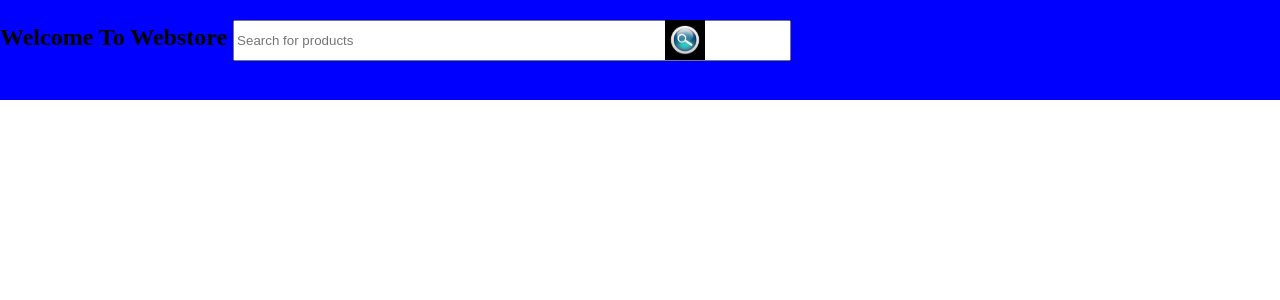
Repository: sourogithub/Final-yr-project-using-j2ee
Page: http://localhost/Webstore/JSP Pages/Front.jsp
The author's editor kept a copy of each file at every save. The page is drawn from the files as they stood at one save, then again after the next save.
The browser window is 1280 px wide. The pictures show the whole page.
The page is served by Tomcat 9.

Above is the page before, as saved 2017-04-11 10:04:45.

After the next save:
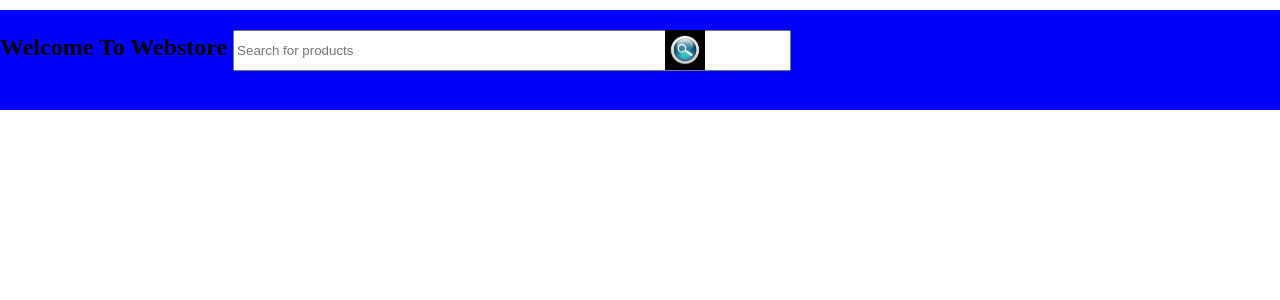
Saved 60 s later.
--- a/Webstore/WebContent/JSP Pages/Front.jsp
+++ b/Webstore/WebContent/JSP Pages/Front.jsp
@@ -12,7 +12,7 @@
 <li><a href="Login.jsp">Login</a>
 </ul>
 </div>
-<div id="top"  style="background:blue; height:100px;position:fixed;top:0px;width:1370px;">
+<div id="top"  style="background:blue; height:100px;position:fixed;top:10px;width:1370px;">
 <h2>Welcome To Webstore
 <input type="text" placeholder="Search for products" required style="border-width:2;width:550px;height:35px">
 <a><img src="../images/search-images-17.jpg" height="40px" width="40px" style="position:fixed;right:575px"></a>
